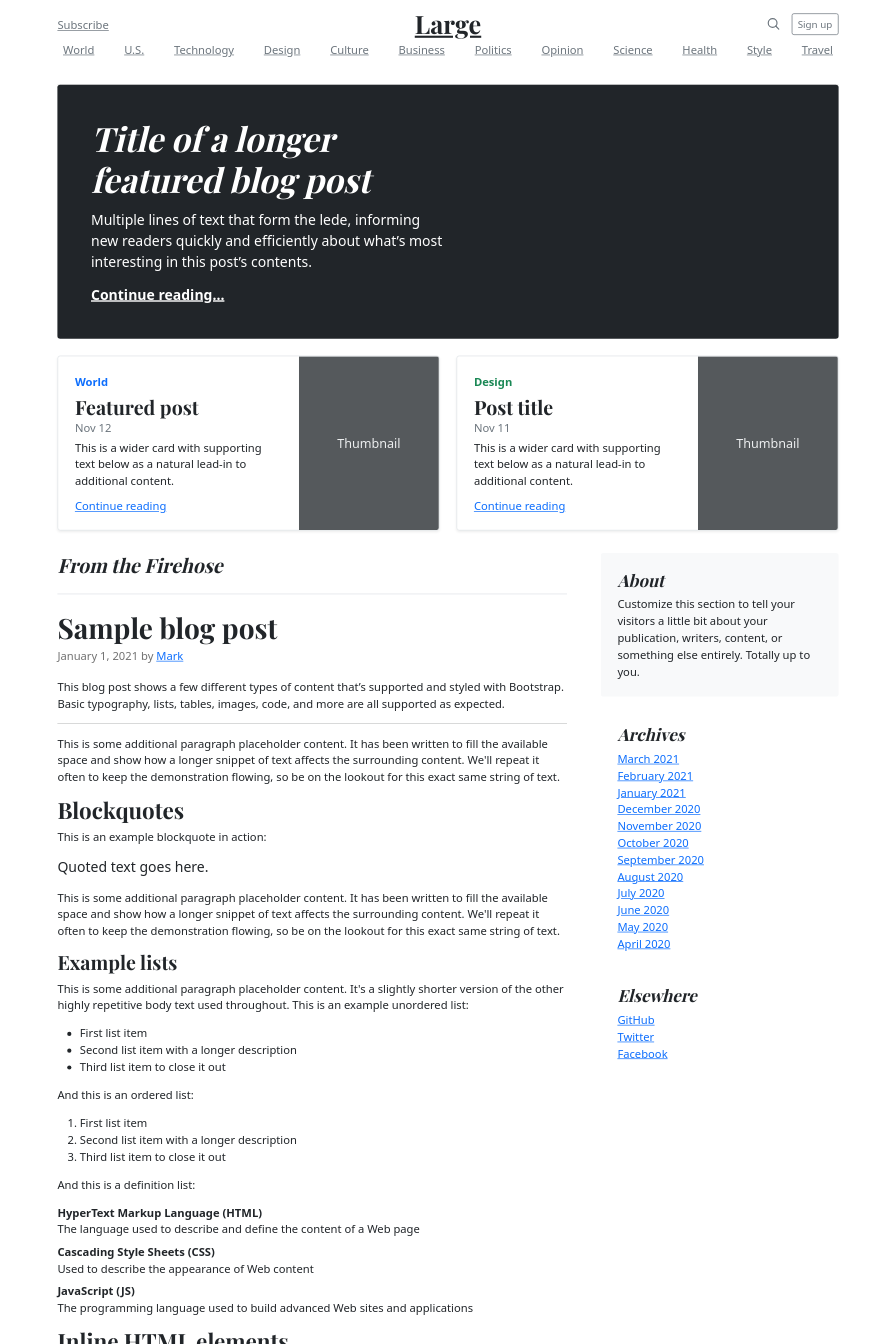
Repository: GarlicButterBoy/WEBD5201
Page: http://localhost/
An editor plug-in stored every save of this project. The page is shown before and after the next save, followed by the edit.
The browser window is 1280 px wide. The pictures show the part of the page from y = 0 to 1920 px (the page is 4003 px tall), at 70% of full size.
The page is served by the project's Laravel application, run on PHP 8.4 with Laravel 8.

Above is the page before, as saved 2021-09-21 12:44:32.

After the next save:
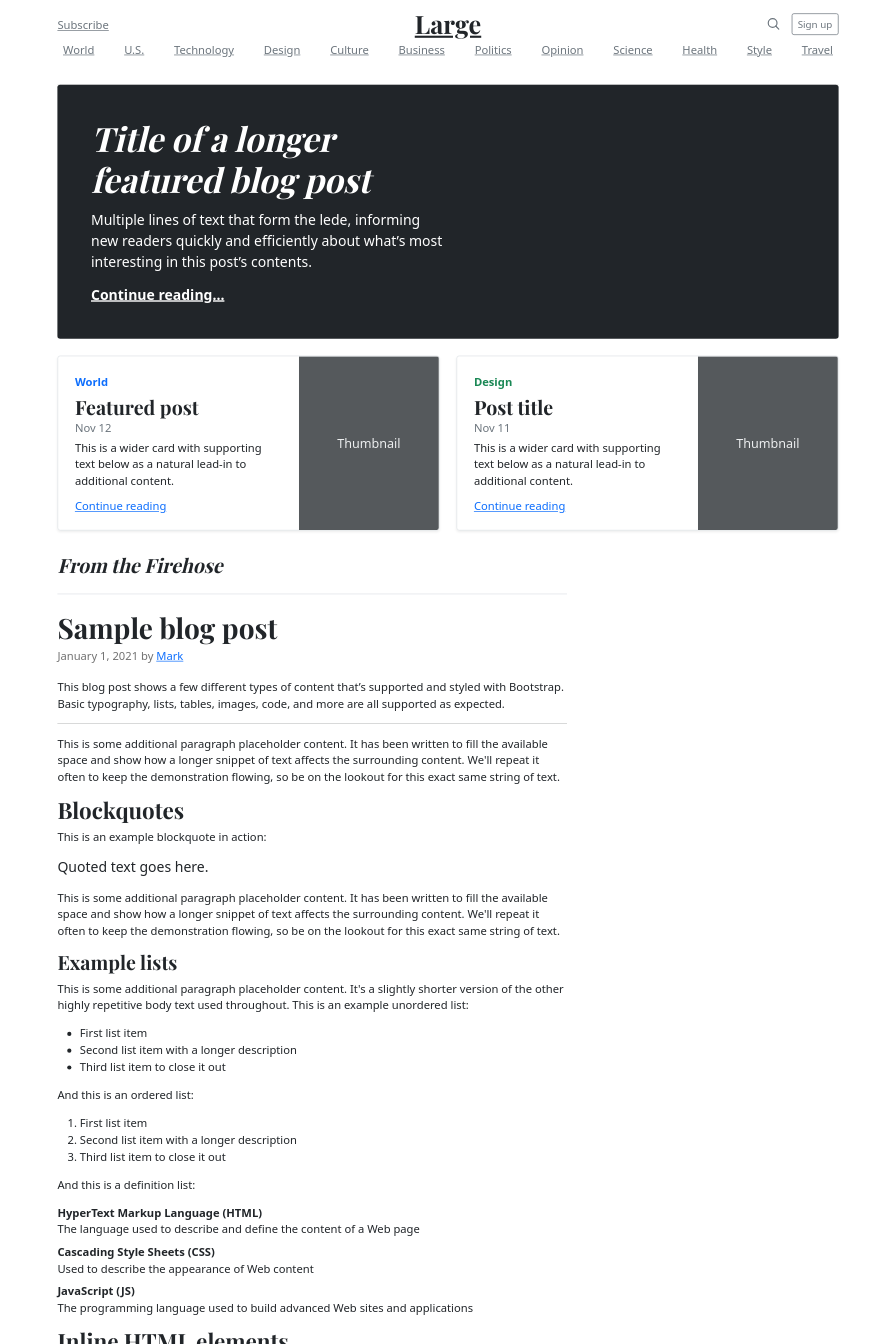
Saved 97 s later.
--- a/resources/views/posts/index.blade.php
+++ b/resources/views/posts/index.blade.php
@@ -172,41 +172,7 @@
 
     </div>
 
-    <div class="col-md-4">
-      <div class="position-sticky" style="top: 2rem;">
-        <div class="p-4 mb-3 bg-light rounded">
-          <h4 class="fst-italic">About</h4>
-          <p class="mb-0">Customize this section to tell your visitors a little bit about your publication, writers, content, or something else entirely. Totally up to you.</p>
-        </div>
 
-        <div class="p-4">
-          <h4 class="fst-italic">Archives</h4>
-          <ol class="list-unstyled mb-0">
-            <li><a href="#">March 2021</a></li>
-            <li><a href="#">February 2021</a></li>
-            <li><a href="#">January 2021</a></li>
-            <li><a href="#">December 2020</a></li>
-            <li><a href="#">November 2020</a></li>
-            <li><a href="#">October 2020</a></li>
-            <li><a href="#">September 2020</a></li>
-            <li><a href="#">August 2020</a></li>
-            <li><a href="#">July 2020</a></li>
-            <li><a href="#">June 2020</a></li>
-            <li><a href="#">May 2020</a></li>
-            <li><a href="#">April 2020</a></li>
-          </ol>
-        </div>
-
-        <div class="p-4">
-          <h4 class="fst-italic">Elsewhere</h4>
-          <ol class="list-unstyled">
-            <li><a href="#">GitHub</a></li>
-            <li><a href="#">Twitter</a></li>
-            <li><a href="#">Facebook</a></li>
-          </ol>
-        </div>
-      </div>
-    </div>
   </div>
 
 </main>
